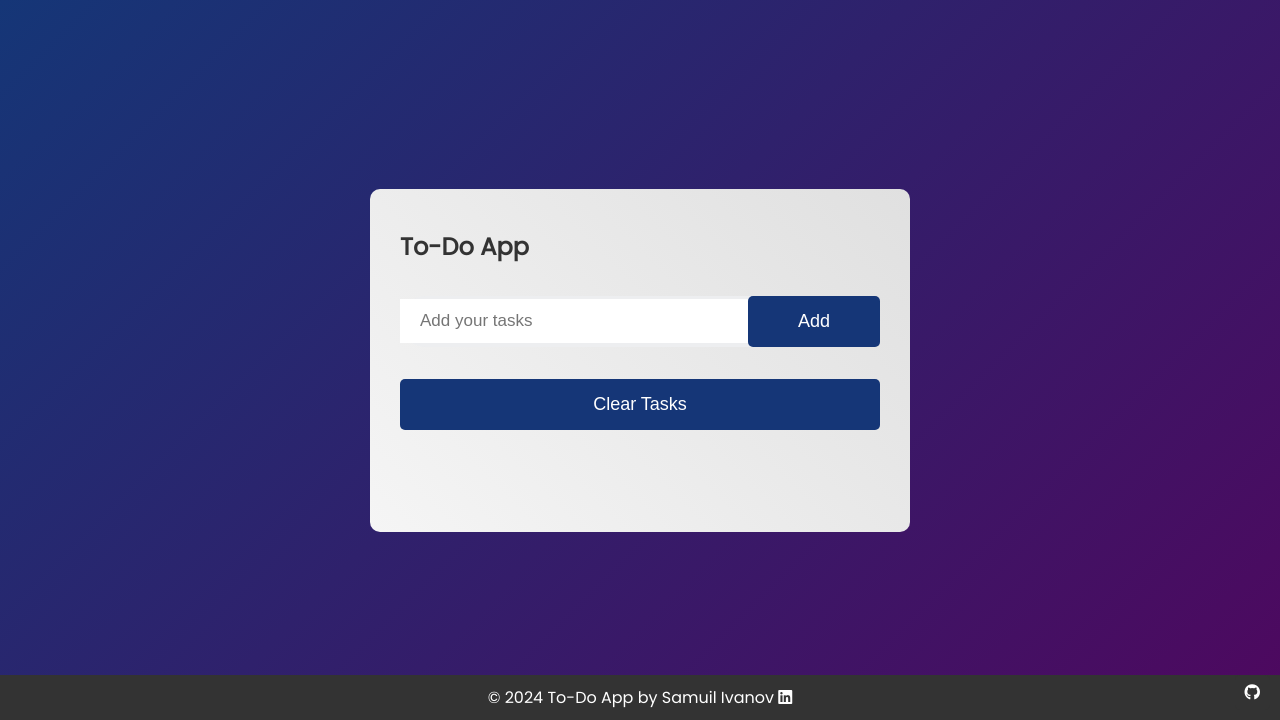
Repository: samoshi/To-do
Page: http://localhost/
An editor plug-in stored every save of this project. The page is shown before and after the next save, followed by the edit.
The browser window is 1280 px wide. The pictures show the whole page.
The page is served by the project's application, run on Flask 3 (app/app.py). Queries for data that is not in the repository find no rows.

Above is the page before, as saved 2024-01-14 22:53:14.

After the next save:
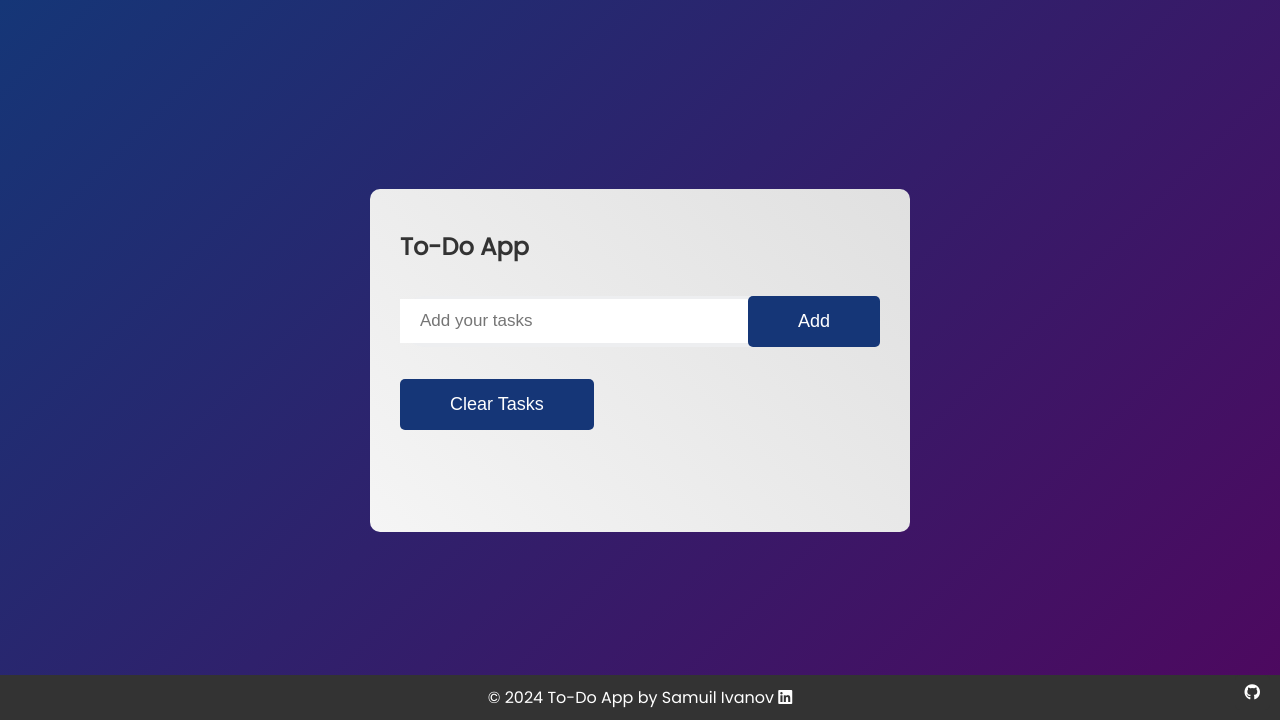
Saved 93 s later.
--- a/app/templates/index.html
+++ b/app/templates/index.html
@@ -30,7 +30,9 @@
             </form>
 
             <!-- Clear Tasks Button -->
-            <button class="clear_button" onclick="clearTasks()">Clear Tasks</button>
+            <form action="/clear_tasks" method="get">
+                <button class="clear_button" onclick="clearTasks()">Clear Tasks</button>
+            </form>
 
             <!-- Task List -->
             <ul id="list-container">
